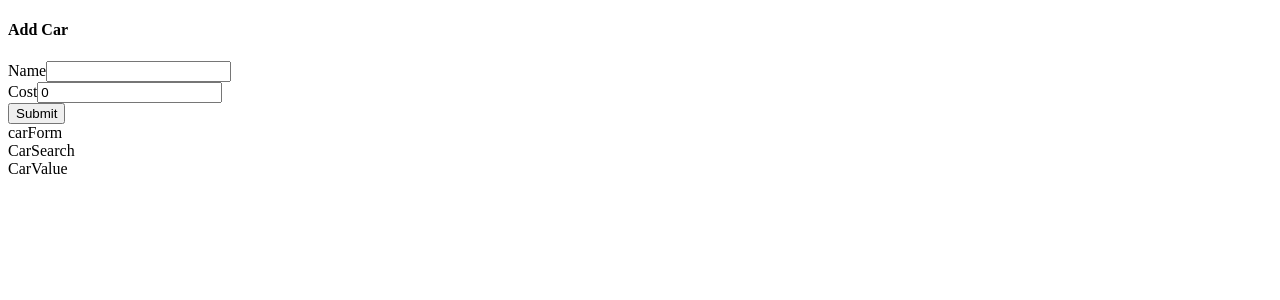
Repository: Mikerr21/Redux-Toolkit-Managing-Multiple-Slices
Page: /
These files come from the project's save history. The page is drawn as it stood at one moment and after the next save; the edit follows.
The browser window is 1280 px wide. The pictures show the whole page.
The project was rebuilt for these pictures with package versions that can differ from the ones it lists, and the page was loaded fresh each time.

Above is the page before, as saved 2023-10-06 18:20:42.

### src/index.js
import React from 'react';
import {createRoot} from 'react-dom/client'
import {Provider} from 'react-redux';
import {store} from './store/index';
import App from './App'

const el=document.getElementById('root')
const root = createRoot(el);

root.render(
<Provider store={store}>
  <App />
</Provider>
)

### src/store/index.js
import { configureStore } from "@reduxjs/toolkit";
import { carReducer, addCar,removeCar,changeSearchTerm } from "./slices/carSlice";
import { formReducer, changeCost, changeName  } from "./slices/formSlice";
import { configure } from "@testing-library/react";

const store=configureStore({
    reducer:{
        cars:carReducer,
        form:formReducer
    }
});

export  {store, addCar, removeCar, changeSearchTerm, changeCost,changeName};

### src/App.js
import CarForm from './components/carForm'
import CarList from './components/carList'
import CarSearch from './components/carSearch'
import CarValue from './components/carValue'



function App() {
  return (
    <div>
      <CarForm/>
      <CarList/>
      <CarSearch/>
      <CarValue/>
    </div>
  )
}

export default App

### src/store/slices/carSlice.js
import { createSlice,nanoid } from "@reduxjs/toolkit";

const carSlice=createSlice({
    name:'cars',
    initialState:{
        searchTerm:'',
        cars:[]
    },
    reducers:{
        changeSearchTerm(state,action){
            state.searchTerm=action.payload;
        },
        addCar(state,action){
            state.cars.push({
                name:action.payload.name,
                cost:action.payload.cost,
                id:nanoid()
            })

        },
        removeCar(state,action){
            const updated=state.cars.filter((car)=>{return car.id !== action.payload})
            state.cars=updated;
        }

    }
})

export const {changeSearchTerm, addCar, removeCar }=carSlice.actions;
export const carReducer=carSlice.reducer;

### src/store/slices/formSlice.js
import { createSlice } from "@reduxjs/toolkit";

const formSlice=createSlice({
    name:'form',
    initialState:{
        name:'',
        cost:0,
    },
    reducers:{
        changeName(state,action){
            state.name=action.payload;
        },
        changeCost(state,action){
            state.cost=action.payload;
        }
    }
})

export const {changeName,changeCost }=formSlice.actions;
export const formReducer=formSlice.reducer;

### src/components/carForm.js
import { useDispatch,useSelector } from "react-redux" // useSelector to get access to state
import { changeName,changeCost,addCar } from "../store"

function CarForm() {
    const dispatch=useDispatch();

    const {name,cost}=useSelector((state)=>{
        return {
            name:state.form.name,
            cost:state.form.cost
        }
    })

    const handleNameChange=(event)=>{
        dispatch(changeName(event.target.value));
    }

    const handleCostChange=(event)=>{
        const carCost= parseInt(event.target.value) || 0;
        dispatch(changeCost(carCost));
    }

    const handleSubmit=(event)=>{
        event.preventDefault();
        dispatch(addCar({name,cost}))
    }

  return (
    <div className="car-form panel">
        <h4 className="subtitle is-3">Add Car</h4>
        <form onSubmit={handleSubmit}>
            <div className="field-group">
                <div className="field">
                  <label>Name</label>
                  <input  value={name} onChange={handleNameChange} />
                </div>
                <div className="field">
                  <label>Cost</label>
                  <input  value={cost || 0} onChange={handleCostChange} type="number" />
                </div>
            </div>
            <div className="field">
                <button className="button is-link">Submit</button>
            </div>
        </form>

    </div>
  )
}

export default CarForm

### src/components/carList.js
import { useSelector } from "react-redux"

function CarList() {
    const cars=useSelector((state)=>{
        return state.cars.cars;
    })

    console.log(cars);
  return (
    <div>
      carForm
    </div>
  )
}

export default CarList

### src/components/carSearch.js
import React from 'react'

function CarSearch() {
  return (
    <div>
      CarSearch
    </div>
  )
}

export default CarSearch

### src/components/carValue.js
import React from 'react'

function CarValue() {
  return (
    <div>
      CarValue
    </div>
  )
}

export default CarValue

Loaded but not shown: public/index.html (common file)

After the next save:
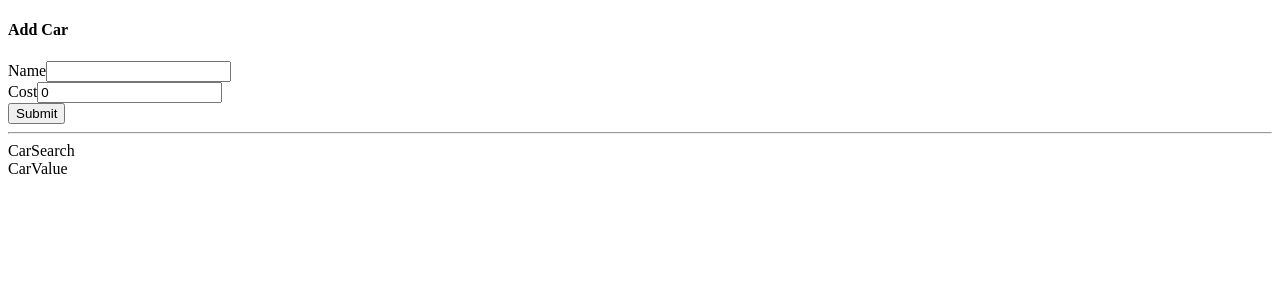
Saved 10 min 51 s later.
--- a/src/components/carList.js
+++ b/src/components/carList.js
@@ -1,16 +1,41 @@
-import { useSelector } from "react-redux"
+import { useSelector,useDispatch } from "react-redux"
+import { removeCar } from "../store";
 
 function CarList() {
+
+    const dispatch=useDispatch();
+
     const cars=useSelector((state)=>{
         return state.cars.cars;
     })
 
+    const handleCarDelete=(car)=>{
+        dispatch(removeCar(car.id));
+    }
+
+    const renderedCars=cars.map((car)=>{
+        return(
+            <div key={car.id} className="panel">
+                <p>
+                    {car.name} - ${car.cost}
+                </p>
+                <button
+                className="button is-danger"
+                onClick={()=>handleCarDelete(car)}
+                >
+                 Delete
+                </button>
+
+            </div>
+        )
+    })
+
     console.log(cars);
-  return (
-    <div>
-      carForm
-    </div>
-  )
+  return <div className="car-list">
+    {renderedCars}
+    <hr />
+  </div>
+
 }
 
 export default CarList
